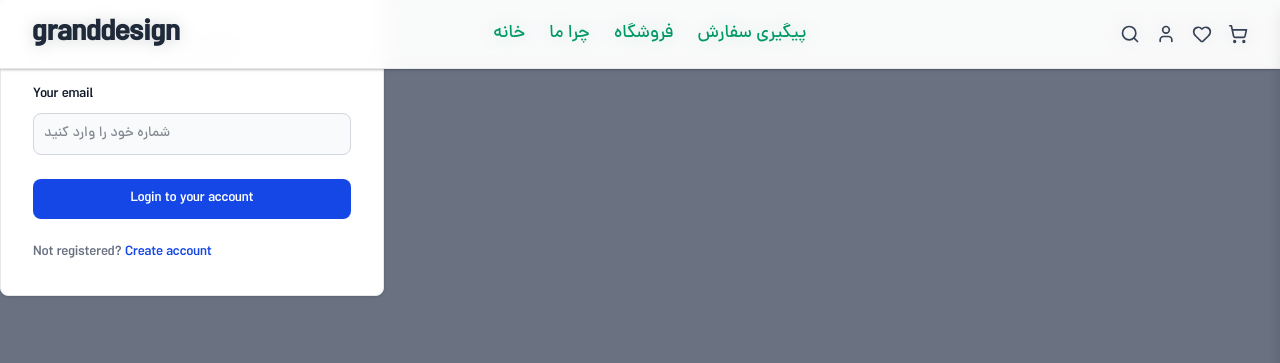
Repository: Aihan-2005/granddesign.frontend
Page: /productTracking
The author's editor kept a copy of each file at every save. The page is drawn from the files as they stood at one save, then again after the next save.
The browser window is 1280 px wide. The pictures show the whole page.
The project was rebuilt for these pictures with package versions that can differ from the ones it lists, and the page was loaded fresh each time. The framework's server and built-in components were replaced by stand-ins that run in the browser. Also part of the build but not shown: next.config.mjs, src/components/store/modal/Search.jsx, src/zustand/useAuthStore.jsx, src/components/store/modal/Login.jsx, src/components/store/modal/CartModal.jsx, src/components/store/modal/FavoritesModal.jsx.

Above is the page before, as saved 2025-09-16 01:35:14.

### src/app/layout.jsx
import { Geist, Geist_Mono } from "next/font/google";
import "./globals.css";
import Header from './../components/store/Headers';
import Search from './../components/store/modal/Search';
import LoginModal from './../components/store/modal/Login';
import CartModal from './../components/store/modal/CartModal';
import FavoritesModal from "@/components/store/modal/FavoritesModal";

const geistSans = Geist({
  variable: "--font-geist-sans",
  subsets: ["latin"],
});

const geistMono = Geist_Mono({
  variable: "--font-geist-mono",
  subsets: ["latin"],
});

export const metadata = {
  title: "Create Next App",
  description: "Generated by create next app",
};

export default function RootLayout({ children }) {
  return (
    <html lang="en">
      <body className={`${geistSans.variable} ${geistMono.variable} antialiased`}>
        <Header />
        {children}
        <Search/>
        <LoginModal />
        <FavoritesModal/>
        <CartModal />
      </body>
    </html>
  );
}

### src/app/(fullpage)/layout.jsx
export default function LayoutRegister({children}){
    return(
        <>
        {children}
        </>
    )
}

### src/app/(fullpage)/productTracking/page.jsx
import Header from "@/components/store/Headers";
export default function ProductTracking(){
    return(
        <div className="min-h-screen bg-gray-500 relative overflow-hidden" >
              <Header />

              <div dir='rtl'></div>


<div className="w-full max-w-sm p-4 bg-white border border-gray-200 rounded-lg shadow-sm sm:p-6 md:p-8 dark:bg-gray-800 dark:border-gray-700">
    <form className="space-y-6" action="#">
        <h5 className="text-xl font-medium text-gray-900 dark:text-white">لطفا جهت پیگیری سفارش</h5>
        <div>
            <label htmlFor="text" className="block mb-2 text-sm font-medium text-gray-900 dark:text-white">Your email</label>
            <input type="text" name="text" id="text" className="bg-gray-50 border border-gray-300 text-gray-900 text-sm rounded-lg focus:ring-blue-500 focus:border-blue-500 block w-full p-2.5 dark:bg-gray-600 dark:border-gray-500 dark:placeholder-gray-400 dark:text-white" placeholder="شماره خود را وارد کنید" required />
        </div>


        <button type="submit" className="w-full text-white bg-blue-700 hover:bg-blue-800 focus:ring-4 focus:outline-none focus:ring-blue-300 font-medium rounded-lg text-sm px-5 py-2.5 text-center dark:bg-blue-600 dark:hover:bg-blue-700 dark:focus:ring-blue-800">Login to your account</button>
        <div className="text-sm font-medium text-gray-500 dark:text-gray-300">
            Not registered? <a href="#" className="text-blue-700 hover:underline dark:text-blue-500">Create account</a>
        </div>
    </form>
</div>

              </div>
    )
}

### src/app/globals.css
@import "tailwindcss";



@font-face {
  font-family: "Biski";
  src: url("/Fonts/biski/BiskiTrial-Regular.otf") format(opentype);
}
@font-face {
  font-family: "Dana";
  src: url("/Fonts/dana/dana medium.ttf") format(truetype);
}
@font-face {
  font-family: "Niaz";
  src: url("/Fonts/niaz/niaz.ttf") format(truetype);
}

*{
  font-family:"Dana";
   scroll-behavior: smooth;
}




body::-webkit-scrollbar {
    width: 7px;
}

body::-webkit-scrollbar-track {
    background-color: inherit;
    border-radius: 25px;
}

body::-webkit-scrollbar-thumb {
    background-color: rgb(130, 130, 130);
    border-radius: 25px;
}

.changeScroll::-webkit-scrollbar {
    height:  7px;
}

.changeScroll::-webkit-scrollbar-track {
    background-color: inherit;
    border-radius: 25px;
}

.changeScroll::-webkit-scrollbar-thumb {
    background-color: rgb(130, 130, 130);
    border-radius: 25px;
}


body {
background-color: rgba(49, 49, 49, 0.901);
width: 100%;
height: 100%;
}


input:-webkit-autofill,
input:-webkit-autofill:hover,
input:-webkit-autofill:focus,
input:-webkit-autofill:active {
    -webkit-box-shadow: 0 0 0px 1000px #0f172a00 inset !important;
    box-shadow: 0 0 0px 1000px #0f172a00 inset !important;
    -webkit-text-fill-color: #fff !important;
    caret-color: #ffffff !important;
    border-color: #94a3b800 !important;
    transition: background-color 9999s ease-in-out 0s, color 9999s ease-in-out 0s;
    appearance: none;
}
.no-scrollbar::-webkit-scrollbar {
  display: none;
}
.no-scrollbar {
  -ms-overflow-style: none;  /* IE and Edge */
  scrollbar-width: none;  /* Firefox */
}

### src/components/store/Headers.jsx
// "use client";
// import Link from "next/link";
// import { Search, User, Heart, ShoppingCart } from "lucide-react";
// import { useSearchStore } from "@/zustand/Search";
// import { useLoginStore } from "@/zustand/loginStore";
// import { useCartStore } from "@/zustand/cartStore";
// import { useMenuStore } from "@/zustand/store";
// import { useWishlistStore } from "@/zustand/favoritesStore";
// function IconButton({ icon, ariaLabel, onClick, hasBadge = false, badgeCount = 0 }) {
//   return (
//     <button
//       aria-label={ariaLabel}
//       onClick={onClick}
//       className="text-gray-700 hover:text-black transition duration-200 relative cursor-pointer"
//     >
//       {icon}
//       {hasBadge && badgeCount > 0 && (
//         <span className="
//           absolute -top-2 -right-2
//           bg-red-500 text-white
//           text-xs font-bold
//           rounded-full
//           w-5 h-5
//           flex items-center justify-center
//           cursor-pointer
//         ">
//           {badgeCount}
//         </span>
//       )}
//     </button>
//   );
// }

// export default function Header() {
//   const { openFavorites, wishlistItems } = useWishlistStore();
//   const { isOpen, openMenu, closeMenu } = useMenuStore();
//   const navItems = [
//     { title: "home", textTitle: "خانه", href: "#" },
//     { title: "portfolio", textTitle: "چرا ما ", href: "#" },
//     ,
//     { title: "about", textTitle: " فروشگاه", href: "#" },
//     {title: "product tracking", textTitle:"پیگیری سفارش", href:"#"}
//   ];

//   const openSearch = useSearchStore((state) => state.openSearch);
//   const openLogin = useLoginStore((state) => state.openLogin);
//   const openCart = useCartStore((state) => state.openCart);
//   const cartItems = useCartStore((state) => state.items);

//   // محاسبه تعداد کل محصولات در سبد خرید
//   const totalItems = cartItems.reduce((total, item) => total + item.quantity, 0);
//    // اضافه کردن این خط برای دسترسی به علاقه‌مندی‌ها





//   // محاسبه تعداد محصولات در علاقه‌مندی‌ها
//   const totalWishlistItems = wishlistItems.length;
//   return (
//     <header className="w-full fixed top-0 z-50 backdrop-blur bg-white/80 border-b border-gray-200 shadow-sm">
//       <div className="max-w-7xl mx-auto px-4 md:px-8 py-4 flex items-center justify-between">
//         <div className="text-2xl md:text-3xl font-extrabold text-gray-800 hover:text-green-700 transition cursor-pointer">
//           <Link href="/">granddesign</Link>
//         </div>

//         <nav className="hidden md:flex gap-6 text-sm md:text-lg font-medium text-emerald-600">
//           <Link className="hover:text-black transition cursor-pointer" href="/">
//             خانه
//           </Link>
//           <Link className="hover:text-black transition cursor-pointer" href="/why-us">
//             چرا ما
//           </Link>
//           <Link className="hover:text-black transition cursor-pointer" href="/store">
//             فروشگاه
//           </Link>
//           <Link className="hover:text-black transition cursor-pointer" href="/">
//             پیگیری سفارش
//           </Link>

//         </nav>

//         <div className="flex items-center gap-4 text-gray-600">
//           <IconButton
//             icon={<Search size={20} />}
//             ariaLabel="جستجو"
//             onClick={openSearch}
//           />

//           <IconButton
//             icon={<User size={20} />}
//             ariaLabel="ورود"
//             onClick={openLogin}
//           />

//           {/* تغییر این بخش برای آیکون قلب */}
//           <Link href="/favorites" className="cursor-pointer relative">
//             <IconButton
//               icon={<Heart size={20} />}
//               ariaLabel="علاقه‌مندی‌ها"
//               onClick={openFavorites}
//               hasBadge={true}
//               badgeCount={totalWishlistItems}
//             />
//           </Link>

//           <IconButton
//             icon={<ShoppingCart size={20} />}
//             ariaLabel="سبد خرید"
//             onClick={openCart}
//             hasBadge={true}
//             badgeCount={totalItems}
//           />
//         </div>
//           {/* Mobile Menu Button */}
//       <div className="md:hidden">
//         <button
//           onClick={openMenu}
//           className="text-gray-400 focus:outline-none  "
//           aria-label="Open menu"
//         >
//           ☰
//         </button>
//       </div>
//       </div>


//       {/* Mobile Sidebar */}
//       <div
//         className={`fixed top-0 right-0 w-64 h-screen bg-gray-500 dark:bg-gray-600 text-black shadow-lg transform transition-transform duration-300 z-50 p-4 overflow-y-auto ${
//           isOpen ? "translate-x-0" : "translate-x-full"
//         }`}
//         aria-labelledby="drawer-navigation-label"
//       >
//         <h5
//           id="drawer-navigation-label"
//           className="text-base font-semibold text-gray-500 uppercase dark:text-gray-400"
//         >
//           منو
//         </h5>
//         <button
//           onClick={closeMenu}
//           className="absolute top-2.5 right-2.5 text-gray-400 bg-transparent hover:bg-gray-200 dark:hover:bg-gray-500 hover:text-gray-900 dark:hover:text-black rounded-lg text-sm w-8 h-8 flex items-center justify-center"
//           aria-controls="drawer-navigation"
//           aria-label="Close menu"
//         >
//           <svg
//             className="w-3 h-3"
//             fill="none"
//             viewBox="0 0 14 14"
//             xmlns="http://www.w3.org/2000/svg"
//           >
//             <path
//               stroke="currentColor"
//               strokeLinecap="round"
//               strokeLinejoin="round"
//               strokeWidth="2"
//               d="m1 1 6 6m0 0 6 6M7 7l6-6M7 7l-6 6"
//             />
//           </svg>
//         </button>

//         <ul className="py-4 space-y-2 font-medium">

//           {navItems.map((item) => (
//             <li key={item.title}>
//               <Link
//                 href={item.href}
//                 className="flex items-center p-2 text-gray-900 dark:text-white rounded-lg hover:bg-gray-100 dark:hover:bg-gray-500 group"
//               >
//                 <svg
//                   xmlns="http://www.w3.org/2000/svg"
//                   fill="none"
//                   viewBox="0 0 24 24"
//                   strokeWidth="1.5"
//                   stroke="currentColor"
//                   className="w-6 h-6"
//                 >
//                   <path
//                     strokeLinecap="round"
//                     strokeLinejoin="round"
//                     d="M8.625 12a.375.375 0 1 1-.75 0 .375.375 0 0 1 .75 0Zm0 0H8.25m4.125 0a.375.375 0 1 1-.75 0 .375.375 0 0 1 .75 0Zm0 0H12m4.125 0a.375.375 0 1 1-.75 0 .375.375 0 0 1 .75 0Zm0 0h-.375M21 12c0 4.556-4.03 8.25-9 8.25a9.764 9.764 0 0 1-2.555-.337A5.972 5.972 0 0 1 5.41 20.97a5.969 5.969 0 0 1-.474-.065 4.48 4.48 0 0 0 .978-2.025c.09-.457-.133-.901-.467-1.226C3.93 16.178 3 14.189 3 12c0-4.556 4.03-8.25 9-8.25s9 3.694 9 8.25Z"
//                   />
//                 </svg>
//                 <span className="flex-1 ms-3 text-right">{item.textTitle}</span>
//               </Link>
//             </li>
//           ))}
//         </ul>
//       </div>

//       {/* Overlay for Mobile Menu */}
//       {isOpen && (
//         <div
//           className="fixed inset-0 bg-black/30 z-40 md:hidden"
//           onClick={closeMenu}
//           aria-hidden="true"
//         />
//       )}
//     </header>
//   );
// }
"use client";
import Link from "next/link";
import { Search, User, Heart, ShoppingCart } from "lucide-react";
import { useSearchStore } from "@/zustand/Search";
import { useLoginStore } from "@/zustand/loginStore";
import { useCartStore } from "@/zustand/cartStore";
import { useMenuStore } from "@/zustand/store";
import { useWishlistStore } from "@/zustand/favoritesStore";

function IconButton({ icon, ariaLabel, onClick, hasBadge = false, badgeCount = 0 }) {
  return (
    <button
      aria-label={ariaLabel}
      onClick={onClick}
      className="text-gray-700 hover:text-black transition duration-200 relative cursor-pointer"
    >
      {icon}
      {hasBadge && badgeCount > 0 && (
        <span className="
          absolute -top-2 -right-2
          bg-red-500 text-white
          text-xs font-bold
          rounded-full
          w-5 h-5
          flex items-center justify-center
          cursor-pointer
        ">
          {badgeCount}
        </span>
      )}
    </button>
  );
}

export default function Header() {
  const { openFavorites, wishlistItems } = useWishlistStore();
  const { isOpen, openMenu, closeMenu } = useMenuStore();
  const navItems = [
    { title: "home", textTitle: "خانه", href: "/" },
    { title: "portfolio", textTitle: "چرا ما ", href: "/why-us" },
    { title: "about", textTitle: " فروشگاه", href: "/store" },
    { title: "product tracking", textTitle: "پیگیری سفارش", href: "#" }
  ];

  const openSearch = useSearchStore((state) => state.openSearch);
  const openLogin = useLoginStore((state) => state.openLogin);
  const openCart = useCartStore((state) => state.openCart);
  const cartItems = useCartStore((state) => state.items);

  const totalItems = cartItems.reduce((total, item) => total + item.quantity, 0);


  const totalWishlistItems = wishlistItems.length;

  return (
    <header className="w-full fixed top-0 z-50 backdrop-blur bg-white/80 border-b border-gray-200 shadow-sm">
      <div className="max-w-7xl mx-auto px-4 md:px-8 py-4 flex items-center justify-between">
        <div className="text-2xl md:text-3xl font-extrabold text-gray-800 hover:text-green-700 transition cursor-pointer">
          <Link href="/">granddesign</Link>
        </div>

        <nav className="hidden md:flex gap-6 text-sm md:text-lg font-medium text-emerald-600">
          <Link className="hover:text-black transition cursor-pointer" href="/">
            خانه
          </Link>
          <Link className="hover:text-black transition cursor-pointer" href="/why-us">
            چرا ما
          </Link>
          <Link className="hover:text-black transition cursor-pointer" href="/store">
            فروشگاه
          </Link>
          <Link className="hover:text-black transition cursor-pointer" href="/productTracking">
            پیگیری سفارش
          </Link>
        </nav>

        <div className="flex items-center gap-4 text-gray-600">
          <IconButton
            icon={<Search size={20} />}
            ariaLabel="جستجو"
            onClick={openSearch}
          />

          <IconButton
            icon={<User size={20} />}
            ariaLabel="ورود"
            onClick={openLogin}
          />


          <IconButton
            icon={<Heart size={20} />}
            ariaLabel="علاقه‌مندی‌ها"
            onClick={openFavorites}
            hasBadge={true}
            badgeCount={totalWishlistItems}
          />

          <IconButton
            icon={<ShoppingCart size={20} />}
            ariaLabel="سبد خرید"
            onClick={openCart}
            hasBadge={true}
            badgeCount={totalItems}
          />
        </div>

        {/* Mobile Menu Button */}
        <div className="md:hidden">
          <button
            onClick={openMenu}
            className="text-gray-400 focus:outline-none"
            aria-label="Open menu"
          >
            ☰
          </button>
        </div>
      </div>

      {/* Mobile Sidebar */}
      <div
        className={`fixed top-0 right-0 w-64 h-screen bg-gray-500 dark:bg-gray-600 text-black shadow-lg transform transition-transform duration-300 z-50 p-4 overflow-y-auto ${
          isOpen ? "translate-x-0" : "translate-x-full"
        }`}
        aria-labelledby="drawer-navigation-label"
      >
        <h5
          id="drawer-navigation-label"
          className="text-base font-semibold text-gray-500 uppercase dark:text-gray-400"
        >
          منو
        </h5>
        <button
          onClick={closeMenu}
          className="absolute top-2.5 right-2.5 text-gray-400 bg-transparent hover:bg-gray-200 dark:hover:bg-gray-500 hover:text-gray-900 dark:hover:text-black rounded-lg text-sm w-8 h-8 flex items-center justify-center"
          aria-controls="drawer-navigation"
          aria-label="Close menu"
        >
          <svg
            className="w-3 h-3"
            fill="none"
            viewBox="0 0 14 14"
            xmlns="http://www.w3.org/2000/svg"
          >
            <path
              stroke="currentColor"
              strokeLinecap="round"
              strokeLinejoin="round"
              strokeWidth="2"
              d="m1 1 6 6m0 0 6 6M7 7l6-6M7 7l-6 6"
            />
          </svg>
        </button>

        <ul className="py-4 space-y-2 font-medium">
          {navItems.map((item) => (
            <li key={item.title}>
              <Link
                href={item.href}
                className="flex items-center p-2 text-gray-900 dark:text-white rounded-lg hover:bg-gray-100 dark:hover:bg-gray-500 group"
                onClick={closeMenu} // بستن منو هنگام کلیک روی لینک
              >
                <svg
                  xmlns="http://www.w3.org/2000/svg"
                  fill="none"
                  viewBox="0 0 24 24"
                  strokeWidth="1.5"
                  stroke="currentColor"
                  className="w-6 h-6"
                >
                  <path
                    strokeLinecap="round"
                    strokeLinejoin="round"
                    d="M8.625 12a.375.375 0 1 1-.75 0 .375.375 0 0 1 .75 0Zm0 0H8.25m4.125 0a.375.375 0 1 1-.75 0 .375.375 0 0 1 .75 0Zm0 0H12m4.125 0a.375.375 0 1 1-.75 0 .375.375 0 0 1 .75 0Zm0 0h-.375M21 12c0 4.556-4.03 8.25-9 8.25a9.764 9.764 0 0 1-2.555-.337A5.972 5.972 0 0 1 5.41 20.97a5.969 5.969 0 0 1-.474-.065 4.48 4.48 0 0 0 .978-2.025c.09-.457-.133-.901-.467-1.226C3.93 16.178 3 14.189 3 12c0-4.556 4.03-8.25 9-8.25s9 3.694 9 8.25Z"
                  />
                </svg>
                <span className="flex-1 ms-3 text-right">{item.textTitle}</span>
              </Link>
            </li>
          ))}
        </ul>
      </div>

      {/* Overlay for Mobile Menu */}
      {isOpen && (
        <div
          className="fixed inset-0 bg-black/30 z-40 md:hidden"
          onClick={closeMenu}
          aria-hidden="true"
        />
      )}
    </header>
  );
}

### src/zustand/Search.jsx
import { create } from "zustand";


export const useSearchStore = create((set) => ({
  isSearchOpen: false,
  openSearch: () => set({ isSearchOpen: true }),
  closeSearch: () => set({ isSearchOpen: false }),
}));

### src/zustand/loginStore.jsx
import { create } from "zustand";


export const useLoginStore = create((set)=>({
    isLoginOpen : false,
    openLogin:()=>set({isLoginOpen:true}),
    closeLogin:()=>set({isLoginOpen:false})
}));

### src/zustand/cartStore.jsx
// import { create } from "zustand";

// export const useCartStore = create((set) => ({
//   isCartOpen: false,
//   items: [],

//   openCart: () => set({ isCartOpen: true }),
//   closeCart: () => set({ isCartOpen: false }),

//   addItem: (product) =>
//     set((state) => {
//       const existing = state.items.find((item) => item.id === product.id);
//       if (existing) {
//         return {
//           items: state.items.map((item) =>
//             item.id === product.id
//               ? { ...item, quantity: item.quantity + 1 }
//               : item
//           ),
//         };
//       }
//       return {
//         items: [...state.items, { ...product, quantity: 1 }],
//       };
//     }),

//   removeItem: (id) =>
//     set((state) => ({
//       items: state.items.filter((item) => item.id !== id),
//     })),
// }));
// src/zustand/cartStore.js
import { create } from 'zustand';
import { persist } from 'zustand/middleware'; // اضافه کردن این import

export const useCartStore = create(
  persist( // اضافه کردن persist
    (set, get) => ({
      items: [],
      isCartOpen: false,

      openCart: () => set({ isCartOpen: true }),
      closeCart: () => set({ isCartOpen: false }),

      addItem: (product) => set((state) => {
        const existingItem = state.items.find(item => item.id === product.id);
        if (existingItem) {
          return {
            items: state.items.map(item =>
              item.id === product.id
                ? { ...item, quantity: item.quantity + 1 }
                : item
            )
          };
        } else {
          return {
            items: [...state.items, { ...product, quantity: 1 }]
          };
        }
      }),

      removeItem: (productId) => set((state) => ({
        items: state.items.filter(item => item.id !== productId)
      })),

      updateQuantity: (productId, newQuantity) => set((state) => ({
        items: state.items.map(item =>
          item.id === productId
            ? { ...item, quantity: Math.max(0, newQuantity) }
            : item
        ).filter(item => item.quantity > 0)
      })),

      clearCart: () => set({ items: [] })
    }),
    {
      name: 'cart-storage', // نام برای localStorage
    }
  )
);

### src/zustand/store.js
"use client"

import { create } from "zustand";




export const  useTestStore = create((set) => ({
  count: 123466,
  increase: () => set(state => ({ count: state.count + 1 })),
}));

export const useMenuStore = create((set) => ({
  isOpen: false,
  openMenu: () => set({ isOpen: true }),
  closeMenu: () => set({ isOpen: false }),
  toggleMenu: () => set((state) => ({ isOpen: !state.isOpen })),
}));

### src/zustand/favoritesStore.jsx
// // src/zustand/wishlistStore.js
// import { create } from 'zustand';
// import { persist } from 'zustand/middleware';

// export const useWishlistStore = create(
//   persist(
//     (set, get) => ({
//       wishlistItems: [],

//       // اضافه کردن محصول به علاقه‌مندی‌ها
//       addToWishlist: (product) => set((state) => {
//         const exists = state.wishlistItems.find(item => item.id === product.id);
//         if (!exists) {
//           return { wishlistItems: [...state.wishlistItems, product] };
//         }
//         return state;
//       }),

//       // حذف محصول از علاقه‌مندی‌ها
//       removeFromWishlist: (productId) => set((state) => ({
//         wishlistItems: state.wishlistItems.filter(item => item.id !== productId)
//       })),

//       // تغییر وضعیت محصول در علاقه‌مندی‌ها
//       toggleWishlistItem: (product) => set((state) => {
//         const exists = state.wishlistItems.find(item => item.id === product.id);
//         if (exists) {
//           return {
//             wishlistItems: state.wishlistItems.filter(item => item.id !== product.id)
//           };
//         } else {
//           return {
//             wishlistItems: [...state.wishlistItems, product]
//           };
//         }
//       }),

//       // پاک کردن همه علاقه‌مندی‌ها
//       clearWishlist: () => set({ wishlistItems: [] }),

//       // بررسی وجود محصول در علاقه‌مندی‌ها
//       isInWishlist: (productId) => {
//         return get().wishlistItems.some(item => item.id === productId);
//       }
//     }),
//     {
//       name: 'wishlist-storage', // نام برای ذخیره در localStorage
//     }
//   )
// );
// src/zustand/wishlistStore.js
// src/zustand/favoritesStore.js
import { create } from 'zustand';
import { persist } from 'zustand/middleware';

export const useWishlistStore = create(
  persist(
    (set, get) => ({
      wishlistItems: [],
      isFavoritesOpen: false, // اضافه کردن این خط

      // توابع جدید برای مدیریت modal
      openFavorites: () => set({ isFavoritesOpen: true }),
      closeFavorites: () => set({ isFavoritesOpen: false }),

      // توابع قبلی...
      addToWishlist: (product) => set((state) => {
        const exists = state.wishlistItems.find(item => item.id === product.id);
        if (!exists) {
          return { wishlistItems: [...state.wishlistItems, product] };
        }
        return state;
      }),

      removeFromWishlist: (productId) => set((state) => ({
        wishlistItems: state.wishlistItems.filter(item => item.id !== productId)
      })),

      toggleWishlistItem: (product) => set((state) => {
        const exists = state.wishlistItems.find(item => item.id === product.id);
        if (exists) {
          return {
            wishlistItems: state.wishlistItems.filter(item => item.id !== product.id),
            isFavoritesOpen: true // باز نگه داشتن modal بعد از حذف
          };
        } else {
          return {
            wishlistItems: [...state.wishlistItems, product],
            isFavoritesOpen: true // باز نگه داشتن modal بعد از اضافه کردن
          };
        }
      }),

      clearWishlist: () => set({ wishlistItems: [] }),

      isInWishlist: (productId) => {
        return get().wishlistItems.some(item => item.id === productId);
      }
    }),
    {
      name: 'wishlist-storage',
    }
  )
);

After the next save:
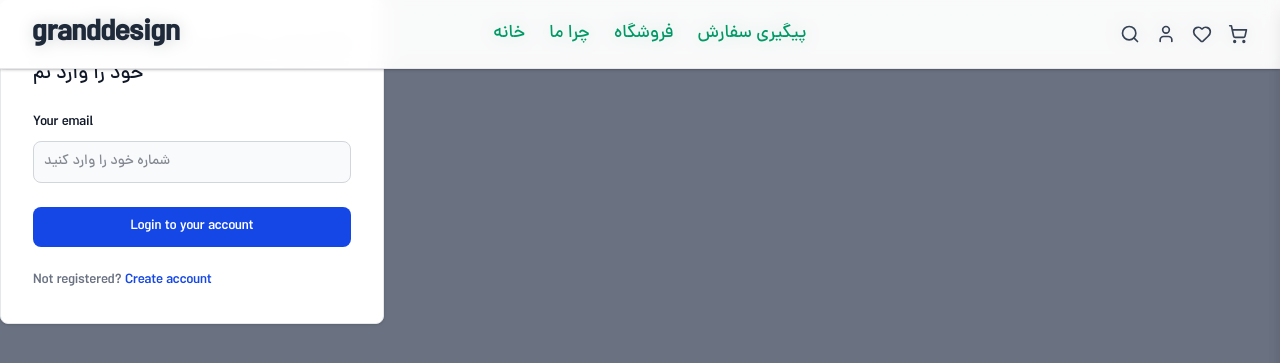
Saved 10 s later.
--- a/src/app/(fullpage)/productTracking/page.jsx
+++ b/src/app/(fullpage)/productTracking/page.jsx
@@ -9,7 +9,7 @@ export default function ProductTracking(){
 
 <div className="w-full max-w-sm p-4 bg-white border border-gray-200 rounded-lg shadow-sm sm:p-6 md:p-8 dark:bg-gray-800 dark:border-gray-700">
     <form className="space-y-6" action="#">
-        <h5 className="text-xl font-medium text-gray-900 dark:text-white">لطفا جهت پیگیری سفارش</h5>
+        <h5 className="text-xl font-medium text-gray-900 dark:text-white">لطفا جهت پیگیری سفارش شماره موبایل خود را وارد نم</h5>
         <div>
             <label htmlFor="text" className="block mb-2 text-sm font-medium text-gray-900 dark:text-white">Your email</label>
             <input type="text" name="text" id="text" className="bg-gray-50 border border-gray-300 text-gray-900 text-sm rounded-lg focus:ring-blue-500 focus:border-blue-500 block w-full p-2.5 dark:bg-gray-600 dark:border-gray-500 dark:placeholder-gray-400 dark:text-white" placeholder="شماره خود را وارد کنید" required />
